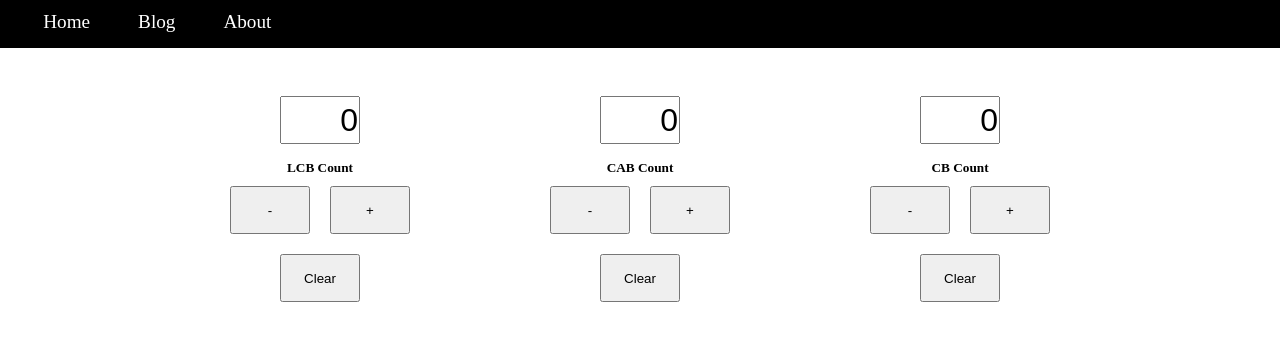
Repository: suraj-yadav7/SwitchWorkflow-Count-reactjs
Page: /
An editor plug-in stored every save of this project. The page is shown before and after the next save, followed by the edit.
The browser window is 1280 px wide. The pictures show the whole page.
The project was rebuilt for these pictures with package versions that can differ from the ones it lists, and the page was loaded fresh each time.

Above is the page before, as saved 2023-04-17 18:35:47.

### src/App.js
import './App.css';
import TitleCount from './Components/TitleCount';

function App() {
  return (
    <>
    <TitleCount />
    </>
  );
}

export default App;

### src/App.css
*{
  margin: 0;
  padding: 0;
  box-sizing: border-box;
}

button{
  width: 5rem;
  margin: 10px;
  height: 3rem;
}
li,a{
  list-style: none;
}
/* Nav bar */
nav{
  width: 100%;
  height: 3rem;
  background-color: black;
  color: white;
  font: 400 1.2rem san-serif;
}
nav > ul{
  display: flex;
  gap: 3rem;
  padding: 0.7rem;
  margin-left: 2rem;
}

.container1{
  display:flex ;
  justify-content: center;
  align-items: center;
  gap: 2rem;
  padding: 2rem;
}

.card-body{
  text-align: center;
}

.card >input{
  width: 5rem;
  height: 3rem;
  font-size: 2rem;
  text-align: right;
  margin:1rem  6.5rem;
}

### src/Components/TitleCount.jsx
import React from 'react'
import { useState, useEffect } from 'react'
const TitleCount = () => {

    const [lcbCount, setLcbCount] = useState(parseInt(localStorage.getItem("lcbKey")) || 0)

    useEffect(()=>{
        localStorage.setItem("lcbKey", lcbCount)
    },[lcbCount])

    return (
        <>
        <nav>
                <ul>
                    <li>Home</li>
                    <li>Blog</li>
                    <li>About</li>
                </ul>
        </nav>
            <div className="container1">
                <div class="card" style={{width: "18rem"}}>
                    <input type='text' name="lcbCount" value={lcbCount}/>
                    <div class="card-body">
                        <h5 class="card-title">LCB Count</h5>
                        <button onClick={()=>setLcbCount(val => (lcbCount>0 ? val-1: 0))}>-</button>
                        <button onClick={()=>setLcbCount(val => val+1)}>+</button>
                        <button onClick={()=>setLcbCount(0)}>Clear</button>
                    </div>
                </div>
                <div class="card" style={{width: "18rem"}}>
                    <input type='text' name="lcbCount" value={lcbCount}/>
                    <div class="card-body">
                        <h5 class="card-title">CAB Count</h5>
                        <button onClick={()=>setLcbCount(val => (lcbCount>0 ? val-1: 0))}>-</button>
                        <button onClick={()=>setLcbCount(val => val+1)}>+</button>
                        <button onClick={()=>setLcbCount(0)}>Clear</button>
                    </div>
                </div>
                <div class="card" style={{width: "18rem"}}>
                    <input type='text' name="lcbCount" value={lcbCount}/>
                    <div class="card-body">
                        <h5 class="card-title">CB Count</h5>
                        <button onClick={()=>setLcbCount(val => (lcbCount>0 ? val-1: 0))}>-</button>
                        <button onClick={()=>setLcbCount(val => val+1)}>+</button>
                        <button onClick={()=>setLcbCount(0)}>Clear</button>
                    </div>
                </div>
            </div>

        </>
    )
}

export default TitleCount

Loaded but not shown: src/index.js (common file)

After the next save:
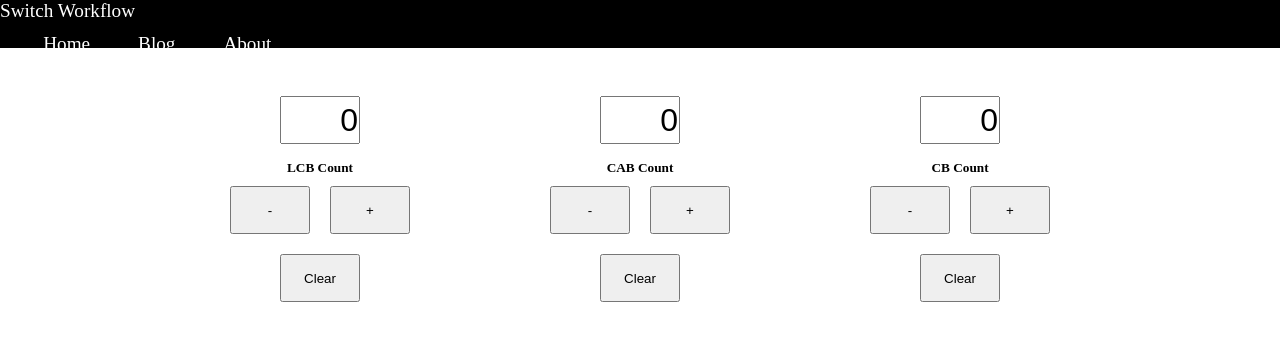
Saved 29 s later.
--- a/src/Components/TitleCount.jsx
+++ b/src/Components/TitleCount.jsx
@@ -11,6 +11,7 @@ const TitleCount = () => {
     return (
         <>
         <nav>
+            <span>Switch Workflow</span>
                 <ul>
                     <li>Home</li>
                     <li>Blog</li>
